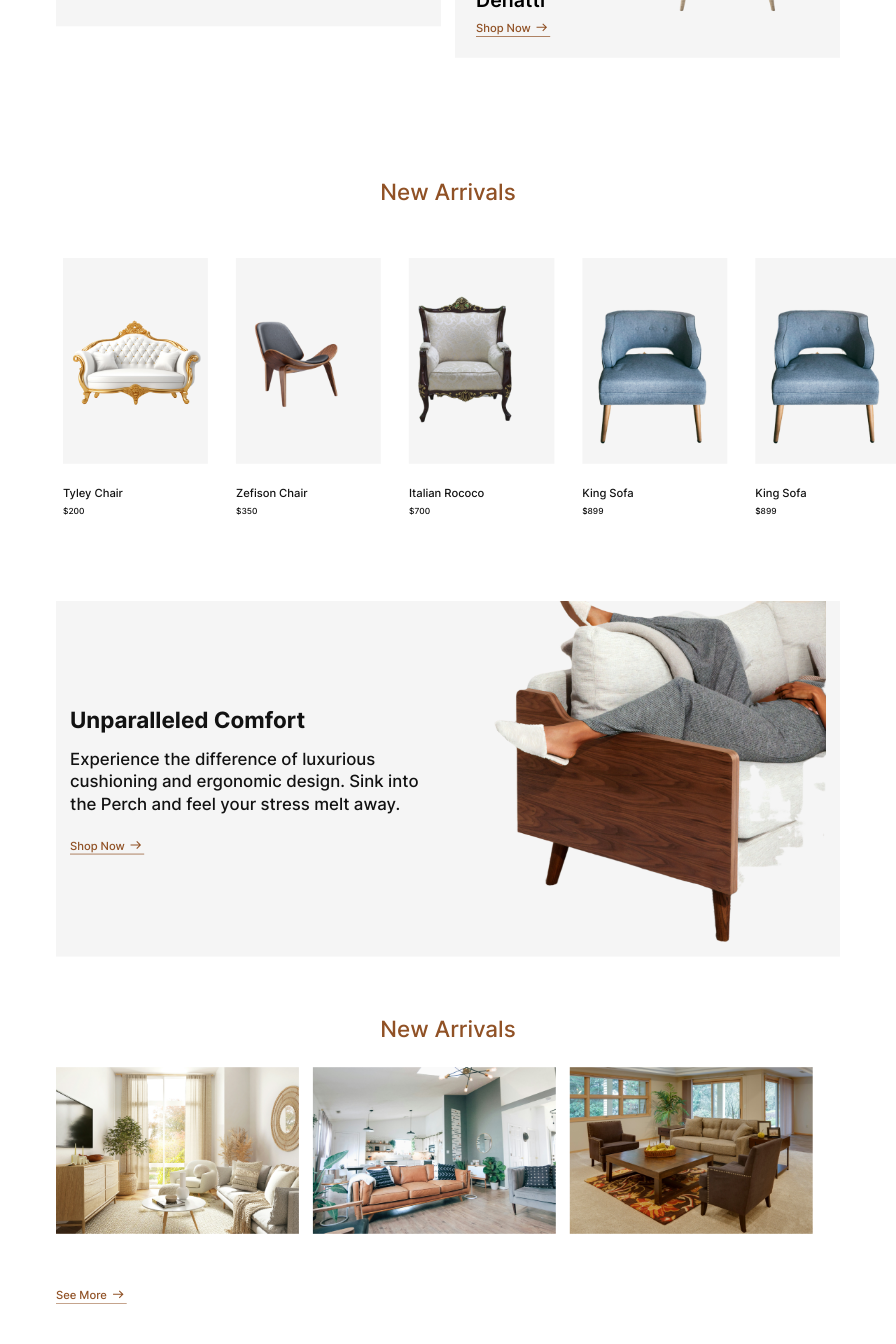
Repository: abdulmalikyusuf/HNG11-Stage02
Page: /
These files come from the project's save history. The page is drawn as it stood at one moment and after the next save; the edit follows.
The browser window is 1280 px wide. The pictures show the part of the page from y = 1502 to 3422 px (the page is 4131 px tall before and 4111 px after), at 70% of full size.
The project was rebuilt for these pictures with package versions that can differ from the ones it lists, and the page was loaded fresh each time. Also part of the build but not shown: vite.config.ts.

Above is the page before, as saved 2024-07-07 17:19:20.

### index.html
<!DOCTYPE html>
<html lang="en">
  <head>
    <meta charset="UTF-8" />
    <!-- <link rel="icon" type="image/svg+xml" href="/vite.svg" /> -->
    <meta name="viewport" content="width=device-width, initial-scale=1.0" />
    <title>Pearch E-Commerce App</title>
  </head>
  <body>
    <div id="root"></div>
    <script type="module" src="/src/main.tsx"></script>
  </body>
</html>

### src/App.tsx
import { createBrowserRouter, RouterProvider } from "react-router-dom";

import RootLayout from "@/routes/root";
import IndexPage from "@/routes";
import "./App.css";

const router = createBrowserRouter([
  {
    path: "/",
    element: <RootLayout />,
    // errorElement: <ErrorPage />,
    children: [
      {
        index: true,
        element: <IndexPage />,
      },
      {
        path: "cart",
        element: <p>Cart</p>,
      },
      {
        path: "checkout",
        element: <p>Checkout</p>,
      },
    ],
  },
]);

function App() {
  return <RouterProvider router={router} />;
}

export default App;

### src/index.css
:root {
  font-family: Inter, system-ui, Avenir, Helvetica, Arial, sans-serif;
  line-height: 1.5;
  font-weight: 400;

  color-scheme: light dark;
  /* color: rgba(255, 255, 255, 0.87);
  background-color: #242424; */

  font-synthesis: none;
  text-rendering: optimizeLegibility;
  -webkit-font-smoothing: antialiased;
  -moz-osx-font-smoothing: grayscale;
}
@font-face {
  font-family: Inter;
  src: url(fonts/Inter.ttf) format("truetype");
}
@font-face {
  font-family: SpaceGrotesk;
  src: url(fonts/SpaceGrotesk.ttf) format("truetype");
}
@font-face {
  font-family: NicoMoji;
  src: url(fonts/NicoMoji-Regular.ttf) format("truetype");
}

### src/routes/root.tsx
import { Outlet } from "react-router-dom";

import Footer from "@/components/footer";
import Header from "@/components/header";

function RootLayout() {
  return (
    <>
      <Header />
      <Outlet />
      <div className="flow-root">
        <Footer />
      </div>
    </>
  );
}

export default RootLayout;

### src/routes/index.tsx
import { Link } from "react-router-dom";

import ChairHero from "@/assets/img/83417461_Slipper -2 1.png";
import Chair1 from "@/assets/img/vertical-shot-wooden-chair-white 1.png";
import Chair2 from "@/assets/img/83419490_Wingback Chair -4.png";
import Chair3 from "@/assets/img/7043761_861.png";
import BannerImage from "@/assets/img/unsplash_348dJPXEFHk.png";
import MoreChairImage1 from "@/assets/img/unsplash_Kh4tedFdHz4.png";
import MoreChairImage2 from "@/assets/img/unsplash_L7EwHkq1B2s.png";
import MoreChairImage3 from "@/assets/img/unsplash_Gh_UjjYoVwk.png";
import NewArrival1 from "@/assets/img/new-arrivals/81678229_Luxury white and golden sofa -3 1.png";
import NewArrival2 from "@/assets/img/new-arrivals/Paste image.png";
import NewArrival3 from "@/assets/img/new-arrivals/unsplash_IjTqniVFP1Y.png";
import NewArrival4 from "@/assets/img/new-arrivals/unsplash_ItMggD0EguY.png";

const newArrivals = [
  { image: NewArrival1, name: "Tyley Chair", price: 200 },
  { image: NewArrival2, name: "Zefison Chair", price: 350 },
  { image: NewArrival3, name: "Italian Rococo", price: 700 },
  { image: NewArrival4, name: "King Sofa", price: 899 },
  { image: NewArrival4, name: "King Sofa", price: 899 },
];
function IndexPage() {
  return (
    <>
      <div className="flex flex-col lg:flex-row items-center gap-5 lg:gap-24 bg-[#F5F5F5] p-2 lg:px-[100px] lg:py-13">
        <div className="flex flex-col gap-5 lg:gap-24">
          <div className="text-32 lg:text-6xl font-bold">
            <h2 className="text-black">Elevate Your</h2>
            <h2 className="uppercase text-primary">comfort</h2>
          </div>
          <div className="font-semibold text-sm lg:text-xl lg:leading-6 flex flex-col gap-[14px] lg:gap-6">
            <p className="">Want comfort and style? Perch is for you.</p>
            <p className="text-primary">See collection</p>
          </div>
        </div>
        <div className="flex-1">
          <img src={ChairHero} alt="A chair from pearch website" className="" />
        </div>
      </div>
      <div className="px-4 md:px-10 lg:13 xl:px-20 2xl:px-24 flex flex-col gap-20 mb-28 overflow-clip">
        <div className="py-[88px]">
          <div className="grid grid-cols-2 grid-rows-2 items-stretch gap-5 lg:gap-x-5 lg:gap-y-6">
            <div className="row-span-2">
              <div className="p-5 lg:p-[30px] bg-miscellaneous flex flex-col">
                <div className="flex-1 flex flex-col gap-3">
                  <h5 className="text-xl lg:text-[28px] font-semibold">
                    Scandinavian
                  </h5>
                  <Link
                    to=""
                    className="w-fit text-xs lg:text-base font-medium text-primary border-b border-primary inline-flex items-center gap-1"
                  >
                    Shop Now{" "}
                    <span className="">
                      <svg
                        xmlns="http://www.w3.org/2000/svg"
                        width="24"
                        height="25"
                        viewBox="0 0 24 25"
                        fill="none"
                      >
                        <mask
                          id="mask0_18_143"
                          style={{ maskType: "alpha" }}
                          maskUnits="userSpaceOnUse"
                          x="0"
                          y="0"
                          width="24"
                          height="25"
                        >
                          <rect y="0.5" width="24" height="24" fill="#D9D9D9" />
                        </mask>
                        <g mask="url(#mask0_18_143)">
                          <path
                            d="M13.8462 18.1538L12.7923 17.0693L16.6115 13.25H4.5V11.75H16.6115L12.7923 7.93075L13.8462 6.84625L19.5 12.5L13.8462 18.1538Z"
                            fill="#905125"
                          />
                        </g>
                      </svg>
                    </span>
                  </Link>
                </div>
                <div className="self-end -mt-20">
                  <img src={Chair1} alt="" className="" />
                </div>
              </div>
            </div>
            <div className="p-5 lg:p-[30px] bg-miscellaneous flex items-end justify-between">
              <div className="flex-1 flex flex-col gap-2 lg:gap-3">
                <h5 className="text-xl lg:text-[28px] font-semibold">
                  Chesterfield
                </h5>
                <Link
                  to=""
                  className="w-fit text-xs lg:text-base font-medium text-primary border-b border-primary inline-flex items-center gap-1"
                >
                  Shop Now{" "}
                  <span className="">
                    <svg
                      xmlns="http://www.w3.org/2000/svg"
                      width="24"
                      height="25"
                      viewBox="0 0 24 25"
                      fill="none"
                    >
                      <mask
                        id="mask0_18_143"
                        style={{ maskType: "alpha" }}
                        maskUnits="userSpaceOnUse"
                        x="0"
                        y="0"
                        width="24"
                        height="25"
                      >
                        <rect y="0.5" width="24" height="24" fill="#D9D9D9" />
                      </mask>
                      <g mask="url(#mask0_18_143)">
                        <path
                          d="M13.8462 18.1538L12.7923 17.0693L16.6115 13.25H4.5V11.75H16.6115L12.7923 7.93075L13.8462 6.84625L19.5 12.5L13.8462 18.1538Z"
                          fill="#905125"
                        />
                      </g>
                    </svg>
                  </span>
                </Link>
              </div>
              <img src={Chair2} alt="" className="" />
            </div>
            <div className="p-5 lg:p-[30px] bg-miscellaneous flex items-end justify-between">
              <div className="flex-1 flex flex-col gap-2 lg:gap-3">
                <h5 className="text-xl lg:text-[28px] font-semibold">
                  Denatti
                </h5>
                <Link
                  to=""
                  className="w-fit text-xs lg:text-base font-medium text-primary border-b border-primary inline-flex items-center gap-1"
                >
                  Shop Now{" "}
                  <span className="">
                    <svg
                      xmlns="http://www.w3.org/2000/svg"
                      width="24"
                      height="25"
                      viewBox="0 0 24 25"
                      fill="none"
                    >
                      <mask
                        id="mask0_18_143"
                        style={{ maskType: "alpha" }}
                        maskUnits="userSpaceOnUse"
                        x="0"
                        y="0"
                        width="24"
                        height="25"
                      >
                        <rect y="0.5" width="24" height="24" fill="#D9D9D9" />
                      </mask>
                      <g mask="url(#mask0_18_143)">
                        <path
                          d="M13.8462 18.1538L12.7923 17.0693L16.6115 13.25H4.5V11.75H16.6115L12.7923 7.93075L13.8462 6.84625L19.5 12.5L13.8462 18.1538Z"
                          fill="#905125"
                        />
                      </g>
                    </svg>
                  </span>
                </Link>
              </div>
              <img src={Chair3} alt="" className="" />
            </div>
          </div>
        </div>
        <div className="">
          <h4 className="capitalize text-32 text-center text-primary font-medium">
            new arrivals
          </h4>
          <div className="mt-[30px] -mr-24">
            <div className="flex gap-5 ">
              {newArrivals.map((chair) => (
                <div
                  key={chair.name}
                  className="w-[255px] py-10 px-2.5 flex flex-col gap-[30px]"
                >
                  <div className="flex h-[294px] items-center bg-miscellaneous">
                    <img
                      src={chair.image}
                      alt={`${chair.name} image`}
                      className=""
                    />
                  </div>
                  <div className="flex flex-col gap-1.5 text-primary-label font-medium">
                    <p className="">{chair.name}</p>
                    <small className="text-xs">${chair.price}</small>
                  </div>
                </div>
              ))}
            </div>
          </div>
        </div>
        <div className="px-5 bg-miscellaneous">
          <div className="flex items-center gap-16">
            <div className="flex-1 text-primary-label">
              <h4 className="text-32 font-bold">Unparalleled Comfort</h4>
              <p className="mt-4 text-2xl font-medium">
                Experience the difference of luxurious cushioning and ergonomic
                design. Sink into the Perch and feel your stress melt away.
              </p>
              <Link
                to=""
                className="mt-[30px] w-fit text-xs lg:text-base font-medium text-primary border-b border-primary inline-flex items-center gap-1"
              >
                Shop Now{" "}
                <span className="">
                  <svg
                    xmlns="http://www.w3.org/2000/svg"
                    width="24"
                    height="25"
                    viewBox="0 0 24 25"
                    fill="none"
                  >
                    <mask
                      id="mask0_18_143"
                      style={{ maskType: "alpha" }}
                      maskUnits="userSpaceOnUse"
                      x="0"
                      y="0"
                      width="24"
                      height="25"
                    >
                      <rect y="0.5" width="24" height="24" fill="#D9D9D9" />
                    </mask>
                    <g mask="url(#mask0_18_143)">
                      <path
                        d="M13.8462 18.1538L12.7923 17.0693L16.6115 13.25H4.5V11.75H16.6115L12.7923 7.93075L13.8462 6.84625L19.5 12.5L13.8462 18.1538Z"
                        fill="#905125"
                      />
                    </g>
                  </svg>
                </span>
              </Link>
            </div>
            <div className="flex-1">
              <img src={BannerImage} alt="" className="" />
            </div>
          </div>
        </div>

        <div className="">
          <h4 className="capitalize text-32 text-center text-primary font-medium">
            new arrivals
          </h4>
          <div className="mt-[30px] flex gap-5">
            {[MoreChairImage1, MoreChairImage2, MoreChairImage3].map(
              (img, i) => (
                <div key={`product-image-${i}`} className="">
                  <img src={img} alt="" className="" />
                </div>
              )
            )}
          </div>
          <div className="mt-11">
            <Link
              to=""
              className="mt-[30px] w-fit text-xs lg:text-base font-medium text-primary border-b border-primary inline-flex items-center gap-1"
            >
              See More{" "}
              <span className="">
                <svg
                  xmlns="http://www.w3.org/2000/svg"
                  width="24"
                  height="25"
                  viewBox="0 0 24 25"
                  fill="none"
                >
                  <mask
                    id="mask0_18_143"
                    style={{ maskType: "alpha" }}
                    maskUnits="userSpaceOnUse"
                    x="0"
                    y="0"
                    width="24"
                    height="25"
                  >
                    <rect y="0.5" width="24" height="24" fill="#D9D9D9" />
                  </mask>
                  <g mask="url(#mask0_18_143)">
                    <path
                      d="M13.8462 18.1538L12.7923 17.0693L16.6115 13.25H4.5V11.75H16.6115L12.7923 7.93075L13.8462 6.84625L19.5 12.5L13.8462 18.1538Z"
                      fill="#905125"
                    />
                  </g>
                </svg>
              </span>
            </Link>
          </div>
        </div>
      </div>
    </>
  );
}

export default IndexPage;

### src/components/footer.tsx
import React from "react";
import { Icons } from "./icons";

function Footer() {
  return (
    <footer className="py-[30px] bg-miscellaneous px-24 h[80vh] flex flex-col justify-between gap-16">
      <div className="flex flex-col items-center gap-[30px] py-20 border border-primary border-dashed">
        <div className="text-center text-primary-label">
          <h3 className="text-4xl font-bold">Join Our Newsletter</h3>
          <p className="mt-3">Big discount and latest news in your inbox</p>
        </div>
        <div className="flex gap-5">
          <div className="flex rounded-md w-96 border border-primary items-center gap-2 p-2.5">
            <Icons.mail className="size-[22px] stroke-primary" />
            <input
              type="email"
              name=""
              id=""
              placeholder="Email address"
              className="bg-transparent text-[rgba(18,_18,_18,_0.50)] font-medium placeholder:font-normal focus:outline-none"
            />
          </div>
          <button
            type="submit"
            className="bg-primary rounded p-2.5 capitalize text-white"
          >
            sign up
          </button>
        </div>
      </div>
      <div className="flex flex-col gap-4 items-center">
        <h4 className="py-2 text-32 text-label-primary font-nico-moji">
          Perch
        </h4>
        <ul className="flex gap-4 text-xl font-medium text-primary-label">
          <li className="">About Us</li>
          <li className="">Contact Us</li>
          <li className="">Privacy</li>
          <li className="">My Account</li>
        </ul>
      </div>
      <div className="py-2.5 -mx-24 border-t border-primary text-center">
        <p className="font-medium text-primary">© 2024 Perch Store</p>
      </div>
    </footer>
  );
}

export default Footer;

### src/components/header.tsx
import { cn } from "@/lib/utils";
import { Icons } from "@/components/icons";
import { Link } from "react-router-dom";
import { CartButton } from "./cart-button";

function Header() {
  return (
    <header
      className={cn(
        "h-[46px] md:h-[68px] relative flex items-center justify-between px-4 md:px-10 lg:13 xl:px-20 2xl:px-24",
        "bg-[#F5F5F5] border-transparent text-black-900 [--logo-fill:#121212]"
      )}
    >
      <div className="flex items-center justify-center gap-3 md:gap-6">
        <button type="button" className="md:hidden">
          <Icons.hamburgerMenu className="size-[26px] md:size-7" />
        </button>
        <Link to="/" className="py-2">
          <span className="text-2xl lg:text-[32px] leading-normal text-primary-label font-nico-moji capitalize">
            pearch
          </span>
        </Link>
      </div>
      <div className="hidden md:flex justify-center">
        <ul className="flex gap-10">
          {["Home", "Shop", "Products", "Pages"].map((menu) => (
            <li key={menu}>
              <span
                className={cn(
                  "flex items-center justify-center w-fit hover:border-b font-space-grotesk transition-colors focus-visible:outline-none focus-visible:ring-1 focus-visible:ring-ring disabled:pointer-events-none",
                  "gap-0.5 button-xs",
                  "text-black-900 hover:text-black-400 disabled:text-black-700"
                )}
              >
                {menu}{" "}
                <Icons.chevronDown
                  className="size-[18px] relative top-[1px] transition-transform duration-200 ease-in group-data-[state=open]:-rotate-180"
                  aria-hidden
                />
              </span>
            </li>
          ))}

          {/* <NavigationMenu.Link
                  className={cn(
                    "hover:border-b font-space-grotesk transition-colors focus-visible:outline-none focus-visible:ring-1 focus-visible:ring-ring disabled:pointer-events-none",
                    "gap-0.5 button-xs",
                    "text-black-900 hover:text-black-400 disabled:text-black-700"
                  )}
                  href="https://github.com/radix-ui"
                >
                  {menu.title}{" "}
                </NavigationMenu.Link> */}
        </ul>
      </div>
      <div className="flex gap-5 items-center">
        <button type="button" className="hidden md:inline-flex size-7">
          <Icons.search className="" />
        </button>
        <button className="hidden md:inline-flex size-7">
          <Icons.user className="" />
        </button>
        <CartButton numOfItems={2} />
      </div>
    </header>
  );
}

export default Header;

### src/lib/utils.ts
import { type ClassValue, clsx } from "clsx";
import { twMerge } from "tailwind-merge";

export function cn(...inputs: ClassValue[]) {
	return twMerge(clsx(inputs));
}
export function formatPrice(
	price: number | string,
	currency: "USD" | "EUR" | "GBP" | "BDT" = "USD",
	notation: "compact" | "engineering" | "scientific" | "standard" = "standard",
) {
	return new Intl.NumberFormat("en-US", {
		style: "currency",
		currency,
		notation,
	}).format(Number(price));
}

export function arrayRange(start: number, stop: number, step: number) {
	return Array.from(
		{ length: (stop - start) / step + 1 },
		(value, index) => start + index * step,
	);
}

### src/components/cart-button.tsx
import { forwardRef, type ButtonHTMLAttributes } from "react";
import { Slot } from "@radix-ui/react-slot";

import { cn } from "@/lib/utils";
import { Icons } from "@/components/icons";

export interface CartButtonProps
  extends ButtonHTMLAttributes<HTMLButtonElement> {
  numOfItems: number;
  asChild?: boolean;
}

const CartButton = forwardRef<HTMLButtonElement, CartButtonProps>(
  ({ numOfItems, asChild, ...props }, ref) => {
    const Comp = asChild ? Slot : "button";
    return (
      <Comp
        ref={ref}
        {...props}
        type="button"
        className="inline-flex items-center gap-0.5 w-[50px] h-[26px] sm:h-7"
      >
        <Icons.cart className="size-[26px] sm:size-7 text-[var(--icon-colour)]" />
        <span
          className={cn(
            "inline-flex items-center justify-center size-5 rounded-full text-xs leading-[10px] font-inter font-bold",
            "bg-primary text-white [--icon-colour:var(--black-900)]"
          )}
        >
          {numOfItems}
        </span>
      </Comp>
    );
  }
);

CartButton.displayName = "CartButton";

export { CartButton };

### tailwind.config.ts
import { Config } from "tailwindcss";

export default {
  content: ["./index.html", "./src/**/*.{js,ts,jsx,tsx}"],
  theme: {
    fontFamily: {
      "space-grotesk": ["SpaceGrotesk"],
      inter: ["Inter"],
      "nico-moji": ["NicoMoji"],
    },
    extend: {
      padding: {
        13: "52px",
      },
      fontSize: {
        32: "32px",
      },
      colors: {
        primary: {
          DEFAULT: "#905125",
          label: "#121212",
        },
        miscellaneous: "#F5F5F5",
      },
    },
  },
  plugins: [],
} satisfies Config;

Loaded but not shown: src/main.tsx (common file); src/App.css (common file); src/components/icons.tsx (297 lines, source omitted)

After the next save:
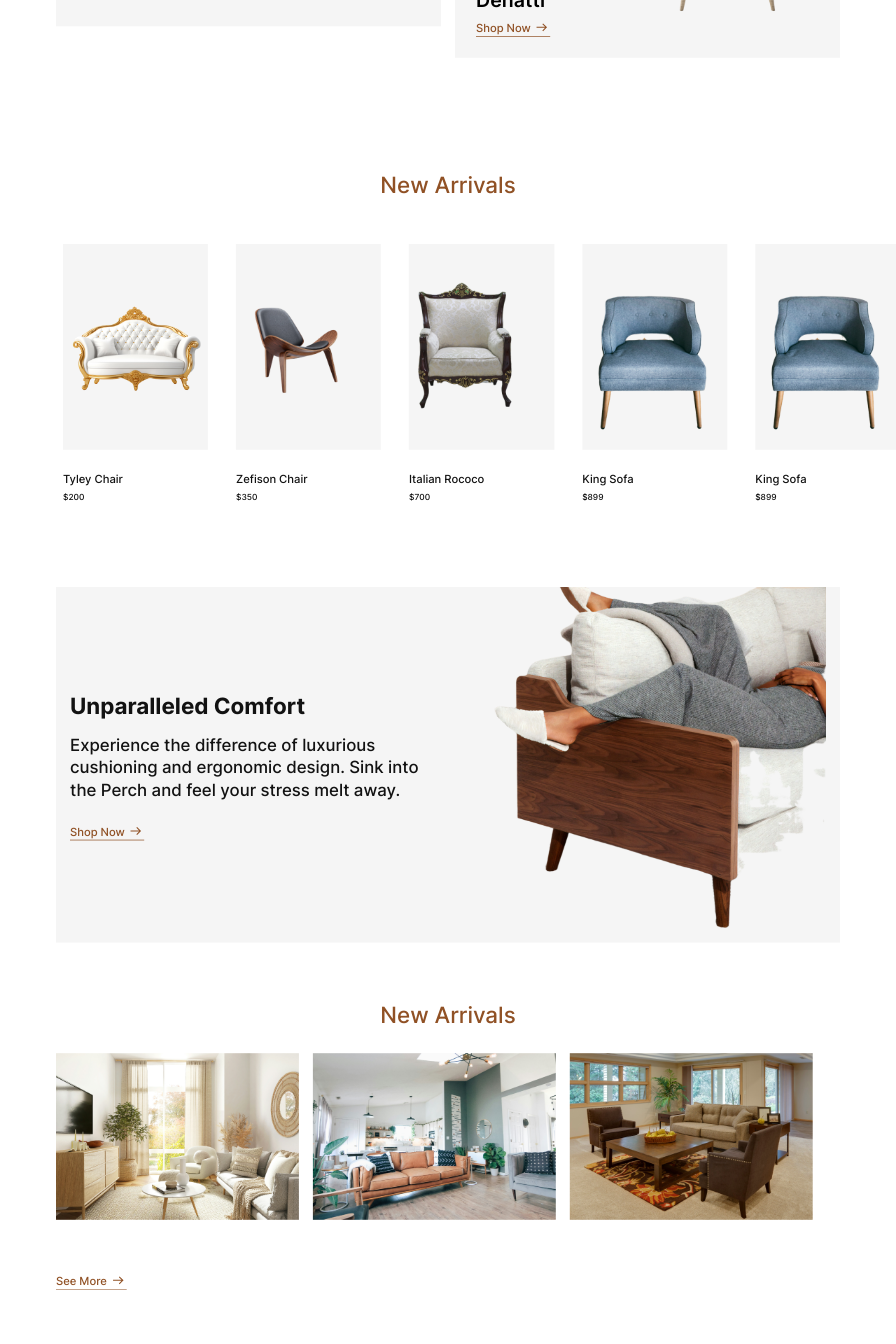
Saved 106 s later.
--- a/src/routes/index.tsx
+++ b/src/routes/index.tsx
@@ -171,10 +171,10 @@
           </div>
         </div>
         <div className="">
-          <h4 className="capitalize text-32 text-center text-primary font-medium">
+          <h4 className="capitalize text-xl lg:text-32 text-center text-primary font-medium">
             new arrivals
           </h4>
-          <div className="mt-[30px] -mr-24">
+          <div className="mt-6 lg:mt-[30px] -mr-24">
             <div className="flex gap-5 ">
               {newArrivals.map((chair) => (
                 <div
